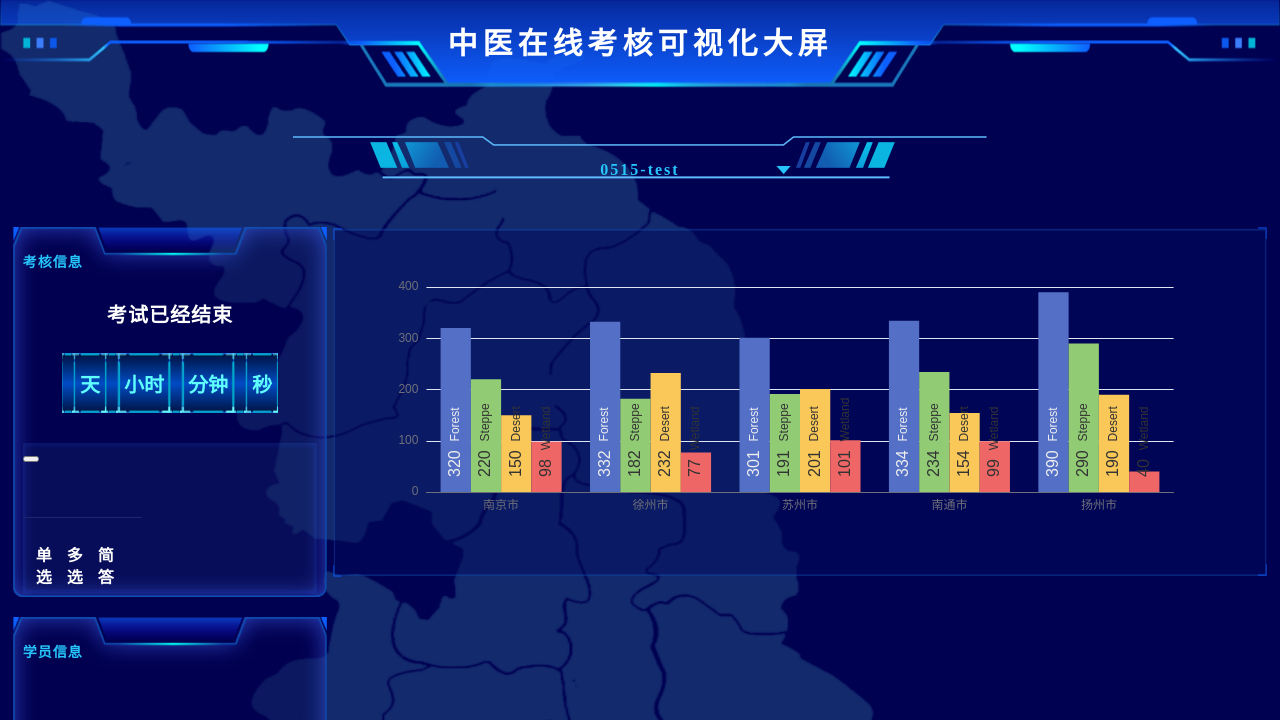
Repository: krislorem/medicine-online-datascreen-vue
Page: /
The author's editor kept a copy of each file at every save. The page is drawn from the files as they stood at one save, then again after the next save.
The browser window is 1280 px wide. The pictures show the whole page.
The project was rebuilt for these pictures with package versions that can differ from the ones it lists, and the page was loaded fresh each time. Also part of the build but not shown: vite.config.ts.

Above is the page before, as saved 2024-12-04 20:27:28.

### src/main.ts
import './assets/main.css'

import { createApp } from 'vue'
import { createPinia } from 'pinia'
import ElementPlus from 'element-plus'
import 'element-plus/dist/index.css'
import App from './App.vue'
import router from './router'

const app = createApp(App)

app.use(createPinia())
app.use(router)
app.use(ElementPlus)
app.mount('#app')

### src/assets/main.css
body, html {
  width: 100%;
  height: 100%;
  overflow: hidden;
  margin: 0;
  padding: 0;
  width: 100vw;
  height: 100vh
}

#app {
  width: 100%;
  height: 100%
}

### src/App.vue
<template>
  <div>
    <RouterView></RouterView>
  </div>
</template>

<script setup lang="ts">

</script>

<style scoped>
</style>

### src/views/HomeView.vue
<template>
  <div class="home">
    <nav>
      <h1>中医在线考核可视化大屏</h1>
    </nav>
    <div id="mid-bar">
      <select id="info">
        <option>0515-test</option>
      </select>
    </div>
    <div id="all-info">
      <div id="left">
        <div class="item item-1">
          <p class="top-name"><span>考核信息</span></p>
          <p class="time-title"><span>考试已经结束</span></p>
          <div class="time-container">
            <div class="time-box" style=";"><span class="time-num">{{ }}</span></div>
            <div class="time-box" style=";"><span class="time-num">天</span></div>
            <div class="time-box" style=";"><span class="time-num">{{ }}</span></div>
            <div class="time-box" style=";"><span class="time-num">小时</span></div>
            <div class="time-box" style=";"><span class="time-num">{{ }}</span></div>
            <div class="time-box" style=";"><span class="time-num">分钟</span></div>
            <div class="time-box" style=";"><span class="time-num">{{ }}</span></div>
            <div class="time-box" style=";"><span class="time-num">秒</span></div>
          </div>
          <div class="result">
            <div class="ivu-carousel" style="height: 100%;">
              <button type="button" class="left ivu-carousel-arrow ivu-carousel-arrow-hover">
                <i class="ivu-icon ivu-icon-ios-arrow-back"></i>
              </button>
              <div class="ivu-carousel-list">
                <div class="ivu-carousel-track higher"
                  style="width: 119px; transform: translate3d(0px, 0px, 0px); transition: transform 500ms; visibility: visible;">
                  <div class="ivu-carousel-item" style="width: 119px; height: auto; left: 0px;">
                    <div class="res-topbar">
                      <span>{{ }}</span>
                      <span>{{ }}</span>
                    </div>
                    <div class="res-box">
                      <div class="res-item">
                        <span>单选</span>
                        <p>{{ }}</p>
                      </div>
                      <div class="res-item">
                        <span>多选</span>
                        <p>{{ }}</p>
                      </div>
                      <div class="res-item">
                        <span>简答</span>
                        <p>{{ }}</p>
                      </div>
                    </div>
                  </div>
                </div>
              </div>
            </div>

          </div>
        </div>
        <div class="item item-2">
          <p class="top-name i2-top"><span>学员信息</span></p>
          <div class="i2">
            <div class="box">
              <p class="num bg-lg-blue">{{ }}</p>
              <p class="title bg-lg-blue">应考人数</p>
            </div>
            <div class="box">
              <p class="num bg-lg-cyan">{{ }}</p>
              <p class="title bg-lg-cyan">签到人数</p>
            </div>
            <div class="box">
              <p class="num bg-lg-red">{{ }}</p>
              <p class="title bg-lg-red">实考人数</p>
            </div>
            <div class="box">
              <p class="num bg-lg-blue">{{ }}</p>
              <p class="title bg-lg-blue">分配试卷</p>
            </div>
            <div class="box">
              <p class="num bg-lg-cyan">{{ }}</p>
              <p class="title bg-lg-cyan">答题中</p>
            </div>
            <div class="box">
              <p class="num bg-lg-red">{{ }}</p>
              <p class="title bg-lg-red">完成考试</p>
            </div>
            <div class="box">
              <p class="num bg-lg-blue2">{{ }}</p>
              <p class="title bg-lg-blue2">未签到</p>
            </div>
            <div class="box">
              <p class="num bg-lg-cyan2">{{ }}</p>
              <p class="title bg-lg-cyan2">未考核</p>
            </div>
            <div class="box">
              <p class="num bg-lg-red2">{{ }}</p>
              <p class="title bg-lg-red2">合格人数</p>
            </div>
          </div>
        </div>
      </div>
      <div id="right">
        <div class="item mb-22">
          <div style="width: 100%;height: 335px;">
            <div id="msg1"
              style="width: 100%; height: 335px; -webkit-tap-highlight-color: transparent; user-select: none; position: relative;">
            </div>
          </div>
        </div>
      </div>
    </div>
  </div>
</template>

<style scoped>
body {
  font-family: Helvetica Neue, Helvetica, PingFang SC, Hiragino Sans GB, Microsoft YaHei, "\5FAE\8F6F\96C5\9ED1", Arial, sans-serif;
  font-size: 12px;
  line-height: 1.5;
  color: #515a6e;
  background-color: #fff;
  -webkit-font-smoothing: antialiased;
  -moz-osx-font-smoothing: grayscale;
}

.home {
  background: #010152 url(/ditu.png) 50% no-repeat;
  background-size: 100% 100%;
}

.home nav {
  background-image: url(/dingbu.png);
  background-size: 100% 100%;
  background-repeat: no-repeat;
  overflow: hidden;
  display: -webkit-box;
  display: -ms-flexbox;
  display: flex;
  -webkit-box-align: center;
  -ms-flex-align: center;
  align-items: center;
}

.home nav h1 {
  font-size: 30px;
  font-family: PingFangSC-Semibold, PingFang SC;
  font-weight: 600;
  color: #fff;
  line-height: 58px;
  letter-spacing: 5px;
  margin: 15px auto;
}

.home #mid-bar {
  width: 694px;
  height: 43px;
  background: url(/nav.png) no-repeat;
  margin: 48px auto 36px;
  padding-top: 12px;
  display: -webkit-box;
  display: -ms-flexbox;
  display: flex;
  -webkit-box-pack: center;
  -ms-flex-pack: center;
  justify-content: center;
  -webkit-box-align: center;
  -ms-flex-align: center;
  align-items: center;
}

.home #mid-bar #info {
  appearance: none;
  -moz-appearance: none;
  -webkit-appearance: none;
  background: transparent url('/jiantou.png') no-repeat scroll 100%;
  width: 302px;
  height: 22px;
  font-size: 16px;
  text-align: center;
  font-family: PingFangSC-Semibold, PingFang SC;
  font-weight: 600;
  color: #26c5fb;
  line-height: 22px;
  letter-spacing: 2px;
  border: none;
}

#all-info {
  width: 100%;
  height: 796px;
  margin: 20px auto;
  display: -webkit-box;
  display: -ms-flexbox;
  display: flex;
  -ms-flex-pack: distribute;
  justify-content: space-around;
}

#all-info #left {
  width: 23%;
  height: 100%;
}


#all-info #left .item {
  height: 44%;
  width: 100%;
  padding: 10px;
  background-image: url(/kuang2.png);
  background-size: 100% 100%;
}

#all-info #left .item .top-name>span {
  width: 64px;
  height: 20px;
  font-size: 14px;
  font-family: PingFangSC-Semibold, PingFang SC;
  font-weight: 600;
  color: #26c5fb;
  line-height: 20px;
  letter-spacing: 1px;
}

#all-info #left .item-1 {
  margin-bottom: 20px;
}

#all-info #left .item-1 .time-title {
  text-align: center;
  font-size: 20px;
  font-family: PingFangSC-Semibold, PingFang SC;
  font-weight: 600;
  color: #fff;
  line-height: 20px;
  letter-spacing: 1px;
  margin: 32px auto 28px;
}

#all-info #left .item-1 .time-container {
  height: 60px
}

#all-info #left .item-1 .time-container,
#all-info #left .item-1 .time-container .time-box {
  display: -webkit-box;
  display: -ms-flexbox;
  display: flex;
  -webkit-box-pack: center;
  -ms-flex-pack: center;
  justify-content: center;
}

#all-info #left .item-1 .time-container .time-box {
  background-image: url('/kuang3.png');
  background-repeat: no-repeat;
  background-size: 100% 100%;
  -webkit-box-align: center;
  -ms-flex-align: center;
  align-items: center;
  background-color: #d7606b;
}

#all-info #left .item-1 .time-container .time-box .time-num {
  font-size: 20px;
  padding: 6px;
  font-family: PingFangSC-Semibold, PingFang SC;
  font-weight: 600;
  color: #60fffd
}

#all-info #left .item-1 .time-container .time-box .dupunkto {
  font-size: 28px;
  font-family: PingFangSC-Semibold, PingFang SC;
  font-weight: 600;
  color: #60fffd
}

#all-info #left .item-1 .result {
  width: 100%;
  height: 43%;
  background-image: url('/kuang4.png');
  background-size: 100% 100%;
  margin: 30px auto 0;
  font-size: 16px;
  font-family: PingFangSC-Semibold, PingFang SC;
  font-weight: 600;
  color: #fff;
  line-height: 22px;
}

#all-info #left .item-1 .result .res-sub-title {
  width: 100%;
  height: 100%;
  display: -webkit-box;
  display: -ms-flexbox;
  display: flex;
  -webkit-box-align: center;
  -ms-flex-align: center;
  align-items: center;
  -webkit-box-pack: center;
  -ms-flex-pack: center;
  justify-content: center;
  font-size: 20px;
  font-family: PingFangSC-Semibold, PingFang SC;
  font-weight: 600
}

#all-info #left .item-1 .result .res-topbar {
  height: 47px;
  border-bottom: 1px solid #1e266e;
  -webkit-box-align: end;
  -ms-flex-align: end;
  align-items: flex-end;
  padding: 0 19px 5px 14px
}

#all-info #left .item-1 .result .res-box,
#all-info #left .item-1 .result .res-topbar {
  display: -webkit-box;
  display: -ms-flexbox;
  display: flex;
  -webkit-box-pack: justify;
  -ms-flex-pack: justify;
  justify-content: space-between
}

#all-info #left .item-1 .result .res-box {
  height: 57px;
  margin: 27px 13px 0
}

#all-info #left .item-1 .result .res-box .res-item {
  display: -webkit-box;
  display: -ms-flexbox;
  display: flex;
  -webkit-box-orient: vertical;
  -webkit-box-direction: normal;
  -ms-flex-direction: column;
  flex-direction: column;
  -ms-flex-pack: distribute;
  justify-content: space-around;
  -webkit-box-align: center;
  -ms-flex-align: center;
  align-items: center
}

#all-info #left .item-1 .result .res-box p {
  margin-top: 13px
}

#all-info #left .item-2 {
  display: -webkit-box;
  display: -ms-flexbox;
  display: flex;
  -webkit-box-orient: vertical;
  -webkit-box-direction: normal;
  -ms-flex-direction: column;
  flex-direction: column
}


#all-info #left .item-2 .i2-top {
  padding-bottom: 30px;
}

#all-info #left .item-2 .i2 {
  width: 100%;
  margin: 20px auto;
  display: -webkit-box;
  display: -ms-flexbox;
  display: flex;
  -ms-flex-wrap: wrap;
  flex-wrap: wrap;
  -ms-flex-pack: distribute;
  justify-content: space-around;
}

#all-info #left .item-2 .i2 .box {
  width: 30%;
  height: 67px;
  margin-bottom: 20px;
  padding: 20px auto;
  background-image: url('/kuang5.png');
  background-size: 100%;
  background-repeat: no-repeat;
}

#all-info #left .item-2 .i2 .box>.num {
  width: 77px;
  height: 45px;
  font-size: 27px;
  line-height: 45px
}

#all-info #left .item-2 .i2 .box>.num,
#all-info #left .item-2 .i2 .box>.title {
  font-family: PingFangSC-Semibold, PingFang SC;
  font-weight: 600;
  color: #fff;
  text-align: center;
  background-clip: text;
  -webkit-background-clip: text;
  -webkit-text-fill-color: transparent;
  margin: 0 auto;
}

#all-info #left .item-2 .i2 .box>.title {
  width: 64px;
  height: 22px;
  font-size: 15px;
  line-height: 22px
}

#all-info #right {
  width: 73%;
  height: 100%;
}

#all-info #right .item {
  width: 100%;
  height: 350px;
  background-image: url(/kuang1.png);
  background-size: 100% 100%
}

#all-info #right .mb-22 {
  margin-bottom: 22px
}

.bg-lg-blue {
  background: -webkit-gradient(linear, left top, left bottom, from(#8ac4ff), to(#5999f4));
  background: linear-gradient(180deg, #8ac4ff, #5999f4)
}

.bg-lg-cyan {
  background: -webkit-gradient(linear, left top, left bottom, from(#92eef2), to(#62e4eb));
  background: linear-gradient(180deg, #92eef2, #62e4eb)
}

.bg-lg-red {
  background: -webkit-gradient(linear, left top, left bottom, from(#ee3f47), to(#9a1b35));
  background: linear-gradient(180deg, #ee3f47, #9a1b35)
}

.bg-lg-blue2 {
  background: -webkit-gradient(linear, left top, left bottom, from(#4d7ed5), to(#0a47b3));
  background: linear-gradient(180deg, #4d7ed5, #0a47b3)
}

.bg-lg-cyan2 {
  background: -webkit-gradient(linear, left top, left bottom, from(#3bd3d6), to(#158c98));
  background: linear-gradient(180deg, #3bd3d6, #158c98)
}

.bg-lg-red2 {
  background: -webkit-gradient(linear, left top, left bottom, from(#d7606b), to(#a72f4d));
  background: linear-gradient(180deg, #d7606b, #a72f4d)
}
</style>
<script setup lang="ts">
import * as echarts from 'echarts';
import { onMounted } from 'vue'
const labelOption = {
  show: true,
  position: 'insideBottom',
  distance: 15,
  align: 'left',
  verticalAlign: 'middle',
  rotate: 90,
  formatter: '{c}  {name|{a}}',
  fontSize: 16,
  rich: {
    name: {}
  }
};
const option = {
  tooltip: {
    trigger: 'axis',
    axisPointer: {
      type: 'shadow'
    }
  },
  legend: {
    data: ['应考人数', '实考人数', '完成考核']
  },
  xAxis: [
    {
      type: 'category',
      axisTick: { show: false },
      data: ['南京市', '徐州市', '苏州市', '南通市', '扬州市']
    }
  ],
  yAxis: [
    {
      type: 'value'
    }
  ],
  series: [
    {
      name: 'Forest',
      type: 'bar',
      barGap: 0,
      label: labelOption,
      emphasis: {
        focus: 'series'
      },
      data: [320, 332, 301, 334, 390]
    },
    {
      name: 'Steppe',
      type: 'bar',
      label: labelOption,
      emphasis: {
        focus: 'series'
      },
      data: [220, 182, 191, 234, 290]
    },
    {
      name: 'Desert',
      type: 'bar',
      label: labelOption,
      emphasis: {
        focus: 'series'
      },
      data: [150, 232, 201, 154, 190]
    },
    {
      name: 'Wetland',
      type: 'bar',
      label: labelOption,
      emphasis: {
        focus: 'series'
      },
      data: [98, 77, 101, 99, 40]
    }
  ]
};
onMounted(() => {
  let chartDom = document.getElementById('msg1');
  let myChart = echarts.init(chartDom);
  option && myChart.setOption(option);
})


</script>

Loaded but not shown: index.html (common file); src/router/index.ts (common file)

After the next save:
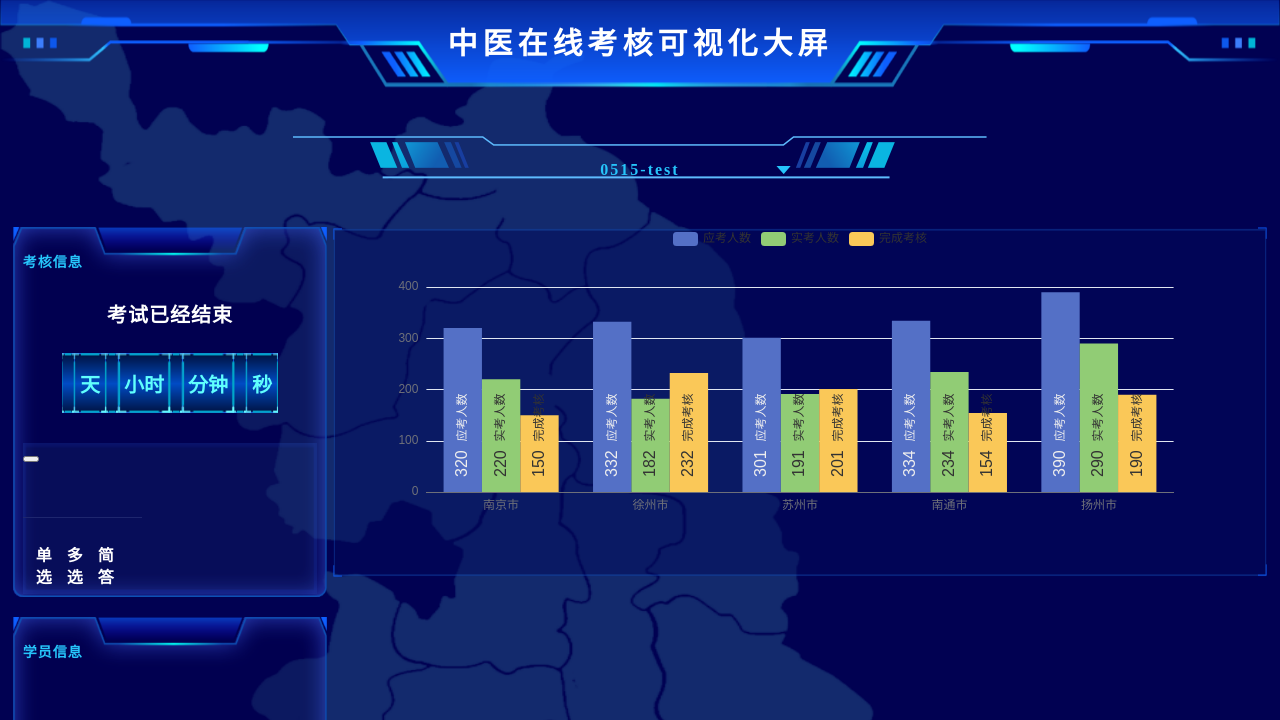
Saved 30 s later.
--- a/src/views/HomeView.vue
+++ b/src/views/HomeView.vue
@@ -497,7 +497,7 @@ const option = {
   ],
   series: [
     {
-      name: 'Forest',
+      name: '应考人数',
       type: 'bar',
       barGap: 0,
       label: labelOption,
@@ -507,7 +507,7 @@ const option = {
       data: [320, 332, 301, 334, 390]
     },
     {
-      name: 'Steppe',
+      name: '实考人数',
       type: 'bar',
       label: labelOption,
       emphasis: {
@@ -516,22 +516,13 @@ const option = {
       data: [220, 182, 191, 234, 290]
     },
     {
-      name: 'Desert',
+      name: '完成考核',
       type: 'bar',
       label: labelOption,
       emphasis: {
         focus: 'series'
       },
       data: [150, 232, 201, 154, 190]
-    },
-    {
-      name: 'Wetland',
-      type: 'bar',
-      label: labelOption,
-      emphasis: {
-        focus: 'series'
-      },
-      data: [98, 77, 101, 99, 40]
     }
   ]
 };
